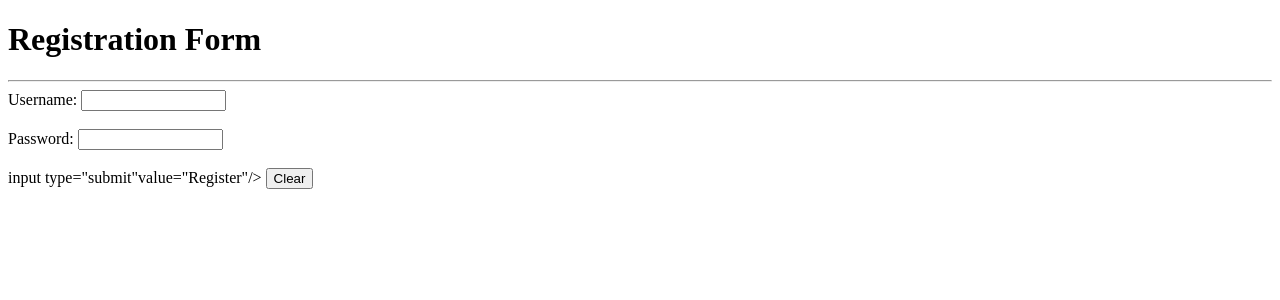
Repository: ManjulavaniSripathi/Day10
Page: LoginApp/WebContent/Registration.html
These files come from the project's save history. The page is drawn as it stood at one moment and after the next save; the edit follows.
The browser window is 1280 px wide. The pictures show the whole page.

Above is the page before, as saved 2018-09-05 12:15:04.

### LoginApp/WebContent/Registration.html
<!DOCTYPE html>
<html>
<head>
<meta charset="ISO-8859-1">
<title>Registration page</title>
</head>
<body>
<h1>Registration Form</h1>
<hr>
<form action="Register"method="post">
<label>Username:</label>
<input type="text" name="username"size="15"/>
<br><br>
<label>Password:</label>
<input type="password" name="password"size="15"/>
<br><br>
input type="submit"value="Register"/>
<input type="reset"value="Clear"/>
<br><br>

</form>
</body>
</html>

After the next save:
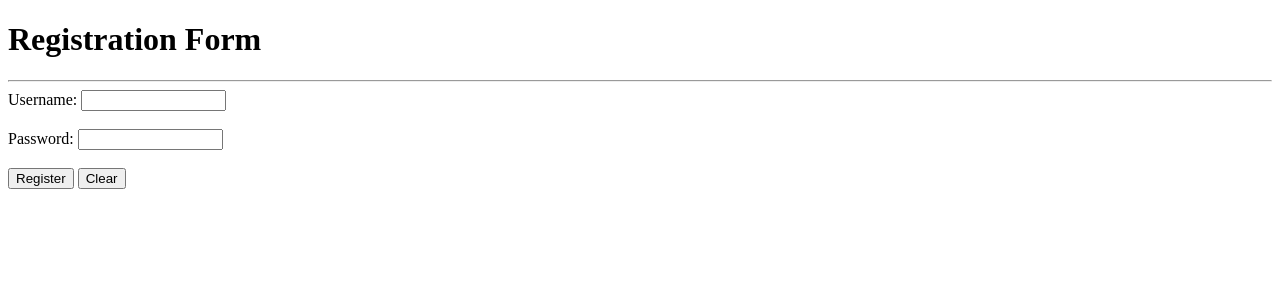
Saved 85 s later.
--- a/LoginApp/WebContent/Registration.html
+++ b/LoginApp/WebContent/Registration.html
@@ -2,21 +2,21 @@
 <html>
 <head>
 <meta charset="ISO-8859-1">
-<title>Registration page</title>
+<title>Registration</title>
 </head>
 <body>
 <h1>Registration Form</h1>
 <hr>
-<form action="Register"method="post">
+<form action="register"method="post">
 <label>Username:</label>
 <input type="text" name="username"size="15"/>
 <br><br>
 <label>Password:</label>
 <input type="password" name="password"size="15"/>
 <br><br>
-input type="submit"value="Register"/>
+<input type="submit"value="Register"/>
 <input type="reset"value="Clear"/>
-<br><br>
+<br></br>
 
 </form>
 </body>
